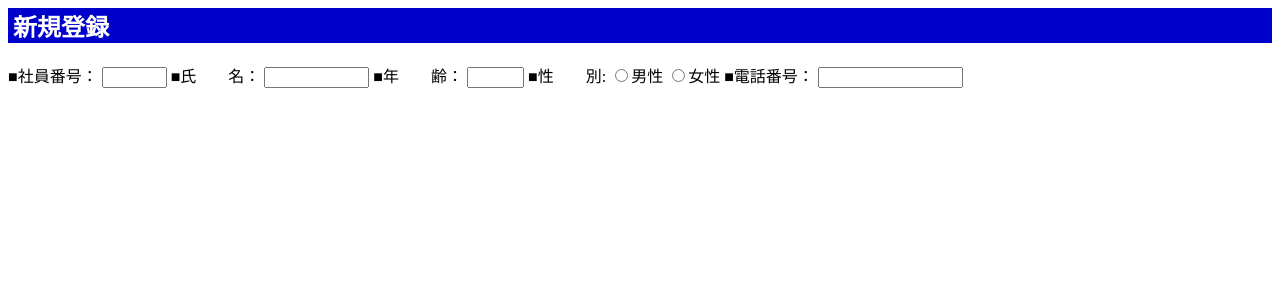
Repository: eb-communicationservice/php_study
Page: http://localhost/views/scripts/members/registMember.php
These files come from the project's save history. The page is drawn as it stood at one moment and after the next save; the edit follows.
The browser window is 1280 px wide. The pictures show the whole page.
The page is run by PHP 8.4 with error messages shown; the project is at /var/www/html/.

Above is the page before, as saved 2015-12-06 12:15:38.

After the next save:
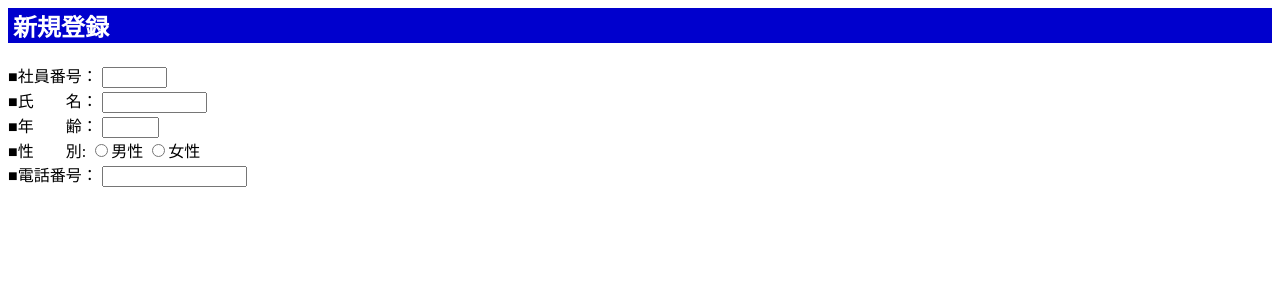
Saved 54 s later.
--- a/kadai01/views/scripts/members/registMember.php
+++ b/kadai01/views/scripts/members/registMember.php
@@ -8,14 +8,14 @@
 	</div>
 	<form action="registController.php" method="post">
 		<label for="memberId">■社員番号：</label>
-		<input id="memberId" type="text" name="memberId" size="5" maxlength="6" value="" />
+		<input id="memberId" type="text" name="memberId" size="5" maxlength="6" value="" /><br />
 		<label for="name">■氏　　名：</label>
-		<input id="name" type="text" name="name" size="10" maxlength="20" value="" />
+		<input id="name" type="text" name="name" size="10" maxlength="20" value="" /><br />
 		<label for="age">■年　　齢：</label>
-		<input id="age" type="text" name="age" size="4" maxlength="3" value="" />
+		<input id="age" type="text" name="age" size="4" maxlength="3" value="" /><br />
 		■性　　別:
 		<input id="sex" type="radio" name="sex" value="0" /><label for="sex">男性</label>
-		<input id="sex" type="radio" name="sex" value="1" /><label for="sex">女性</label>
+		<input id="sex" type="radio" name="sex" value="1" /><label for="sex">女性</label><br />
 		<label for="phoneNum">■電話番号：</label>
 		<input id="phoneNum" type="text" name="phoneNum" size="15" maxlength="20" value="" />
 	</form>
